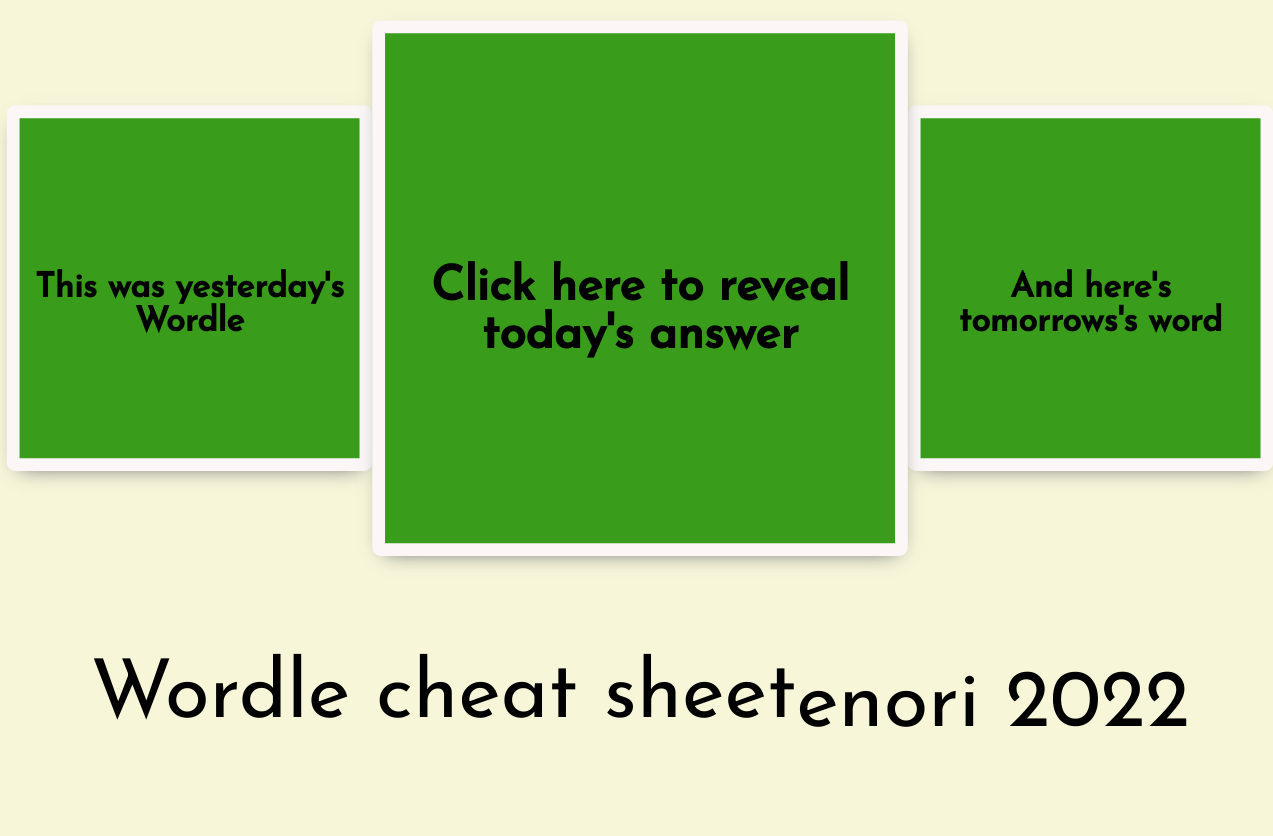
Repository: enoripl/tomorrows-wordle
Page: index.html
An editor plug-in stored every save of this project. The page is shown before and after the next save, followed by the edit.
The browser window is 1280 px wide. The page is 1498 px wide, so the pictures cover 1498 px, including what lies to the right of the window. The pictures show the whole page, at 85% of full size.

Above is the page before, as saved 2022-02-09 19:44:30.

### index.html
<!DOCTYPE html>
<html lang="en">
  <head>
    <meta charset="UTF-8" />
    <meta http-equiv="X-UA-Compatible" content="IE=edge" />
    <meta name="viewport" content="width=device-width, initial-scale=1.0" />
    <link rel="stylesheet" href="styles.css" />
    <link
    rel="stylesheet"
    href="https://cdnjs.cloudflare.com/ajax/libs/animate.css/4.1.1/animate.min.css"
  />
    <script type="text/javascript" src="script.js" defer></script>
    <title>Today's (and tommorow's Wordle)</title>
  </head>
  <body>
    <main class="main-content">
      <div class="buttons-section">
        <div class="buttons-group">
          <div class="answer-btns" id="yesterdays-btn">
            This was yesterday's Wordle
          </div>
          <div class="answer-btns" id="todays-btn">
            Click here to reveal
            today's answer
          </div>
          <div class="answer-btns" id="tomorrows-btn">
            And here's tomorrows's word
          </div>
        </div>
      </div>
    </main>
    <div class="logo-section">
      <div class="logo">Wordle cheat sheet</div>
    </header>
    <footer>enori 2022</footer>
  </body>
</html>

### styles.css
@import url("https://fonts.googleapis.com/css2?family=Josefin+Sans:wght@300;400;500&display=swap");

body {
  font-family: "Josefin Sans", sans-serif;
  white-space: pre-line;
  display: grid;
  grid-template-rows: 1fr 300px 5px;
  min-height: 100vh;
  background-color: rgb(247, 246, 217);
}

.main-content {
}

.buttons-section {
    display: flex;
    justify-content: center;
    align-items: center;
}

.buttons-group {
  display: flex;
  align-items: center;
}

.answer-btns {
  display: flex;
  justify-content: center;
  align-items: center;
  text-align: center;
  background-color: rgb(57, 156, 26);
  height: 400px;
  width: 400px;
  font-size: 2.5rem;
  font-weight: 600;
  border-radius: 10px;
  border: 15px solid rgb(252, 247, 246);
  -webkit-box-shadow: 1px 8px 24px -14px rgba(66, 68, 90, 1);
  -moz-box-shadow: 1px 8px 24px -14px rgba(66, 68, 90, 1);
  box-shadow: 1px 8px 24px -14px rgba(66, 68, 90, 1);
  z-index: 50;
}

#todays-btn {
  height: 600px;
  width: 600px;
  font-size: 3.5rem;
  z-index: 100;
}

.answer-text {
  font-size: 5rem;
  font-weight: 800;
}

.answer-text-today {
    font-size: 6rem !important;
    font-weight: 800;
  }

.logo-section {
  display: flex;
  justify-content: center;
  align-items: center;
  font-size: 6rem;
}

footer {
    display: flex;
    flex-direction: row-reverse;
    margin-top: 20px;
}

Loaded but not shown: script.js (2355 lines, source omitted)

After the next save:
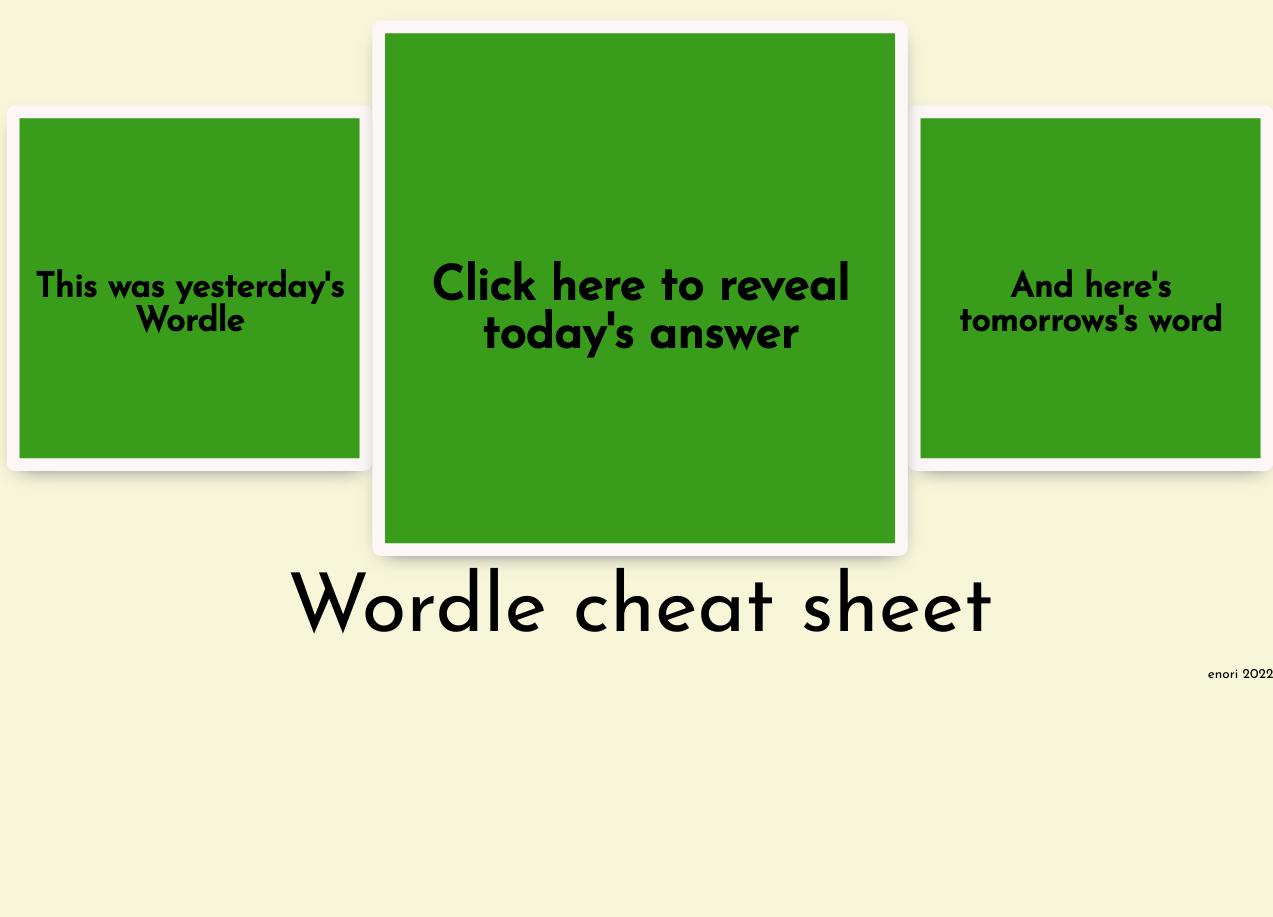
Saved 17 s later.
--- a/index.html
+++ b/index.html
@@ -28,10 +28,9 @@
           </div>
         </div>
       </div>
+      <div class="logo-section">
+        <div class="logo">Wordle cheat sheet</div>
     </main>
-    <div class="logo-section">
-      <div class="logo">Wordle cheat sheet</div>
-    </header>
     <footer>enori 2022</footer>
   </body>
 </html>

After the save that followed:
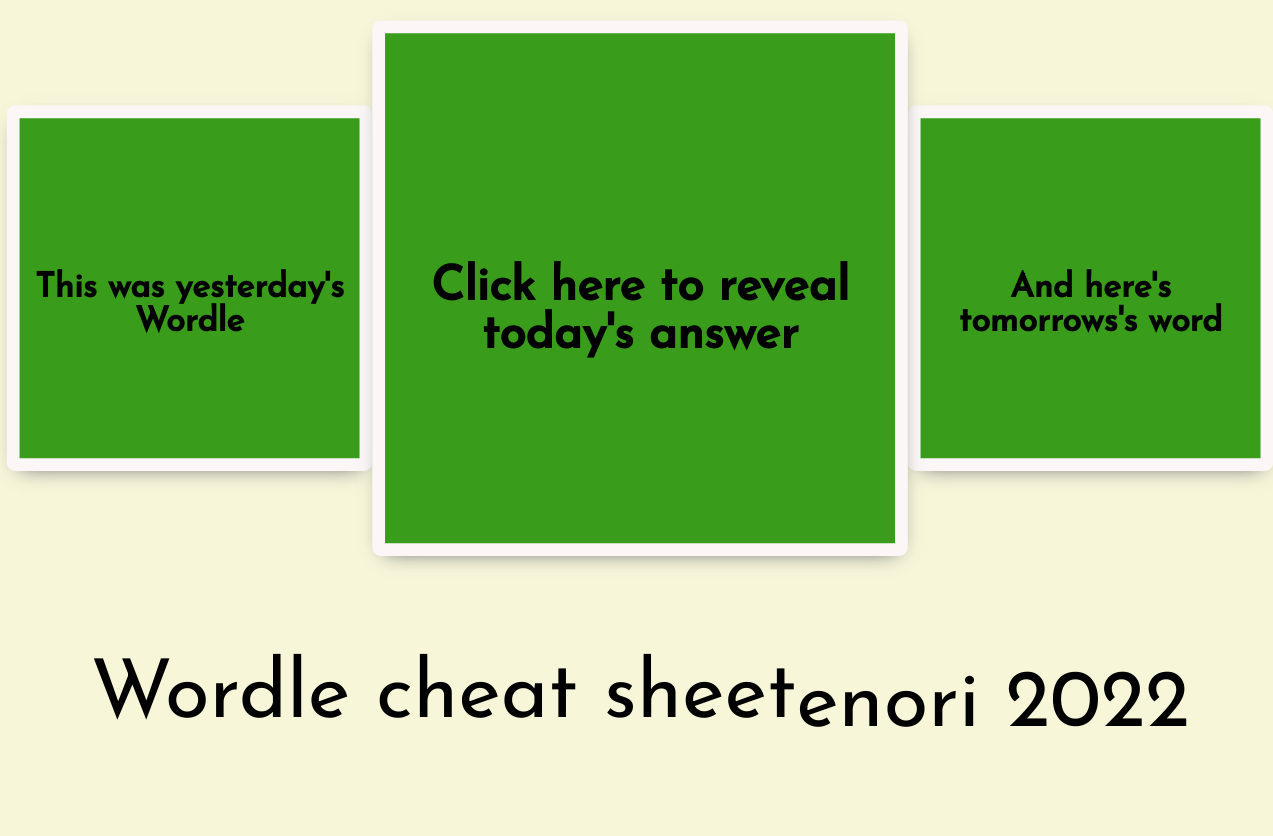
Saved 27 s later.
--- a/index.html
+++ b/index.html
@@ -28,9 +28,9 @@
           </div>
         </div>
       </div>
-      <div class="logo-section">
-        <div class="logo">Wordle cheat sheet</div>
     </main>
+    <div class="logo-section">
+      <div class="logo">Wordle cheat sheet</div>
     <footer>enori 2022</footer>
   </body>
 </html>
